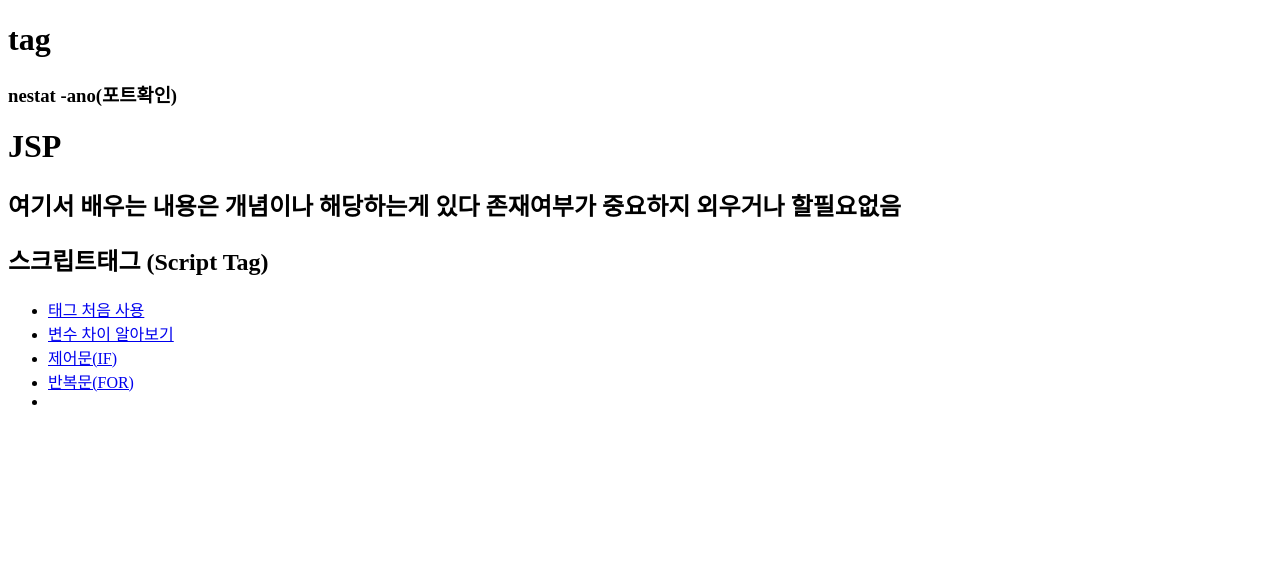
Repository: SanctusAlbino/Jsp_Servlet
Page: 03.Tag/src/main/webapp/index.html
An editor plug-in stored every save of this project. The page is shown before and after the next save, followed by the edit.
The browser window is 1280 px wide. The pictures show the whole page.

Above is the page before, as saved 2023-05-19 02:38:27.

After the next save:
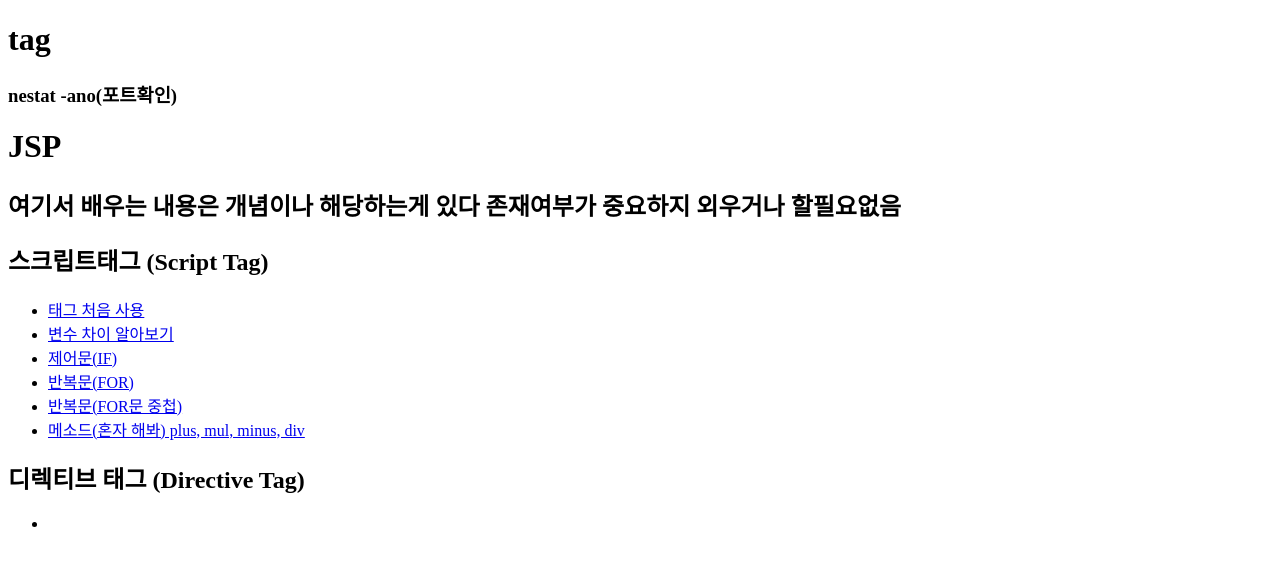
Saved 7 s later.
--- a/03.Tag/src/main/webapp/index.html
+++ b/03.Tag/src/main/webapp/index.html
@@ -17,9 +17,15 @@
 		<li><a href="01.Script/Ex01Var.jsp">변수 차이 알아보기</a></li>
 		<li><a href="01.Script/Ex02If.jsp">제어문(IF)</a></li>
 		<li><a href="01.Script/Ex03For.jsp">반복문(FOR)</a></li>
-		<li><a href="01.Script/Ex04For.jsp"></a></li>
+		<li><a href="01.Script/Ex04For.jsp">반복문(FOR문 중첩)</a></li>
+		<li><a href="01.Script/Ex05Method.jsp">메소드(혼자 해봐)
+		plus, mul, minus, div</a></li>
 	</ul>
 
+	<h2>디렉티브 태그 (Directive Tag)</h2>
+		<ul>
+			<li><a href="02.Directive/Ex01_Directive.jsp"></a></li>
+		</ul>
 
 
 </body>
